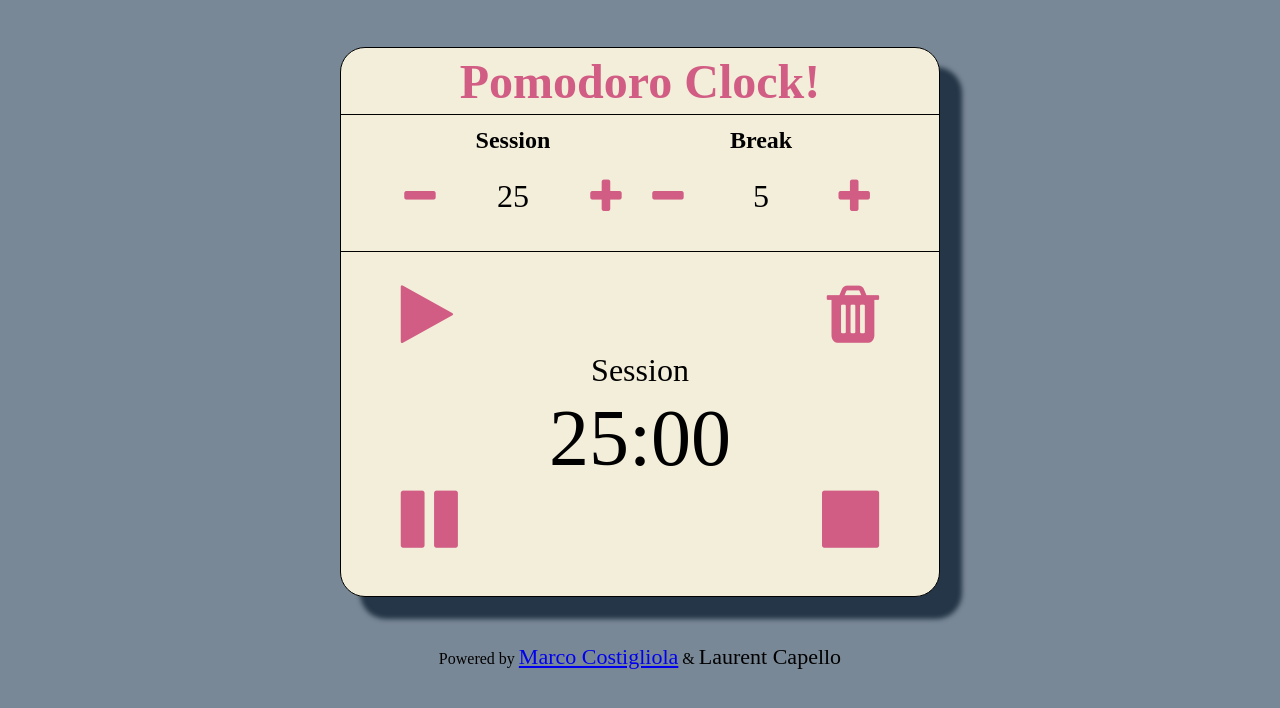
Repository: mcostigliola/pomodoroTimer
Page: index.html
These files come from the project's save history. The page is drawn as it stood at one moment and after the next save; the edit follows.
The browser window is 1280 px wide. The pictures show the whole page.

Above is the page before, as saved 2020-06-11 19:48:28.

After the next save:
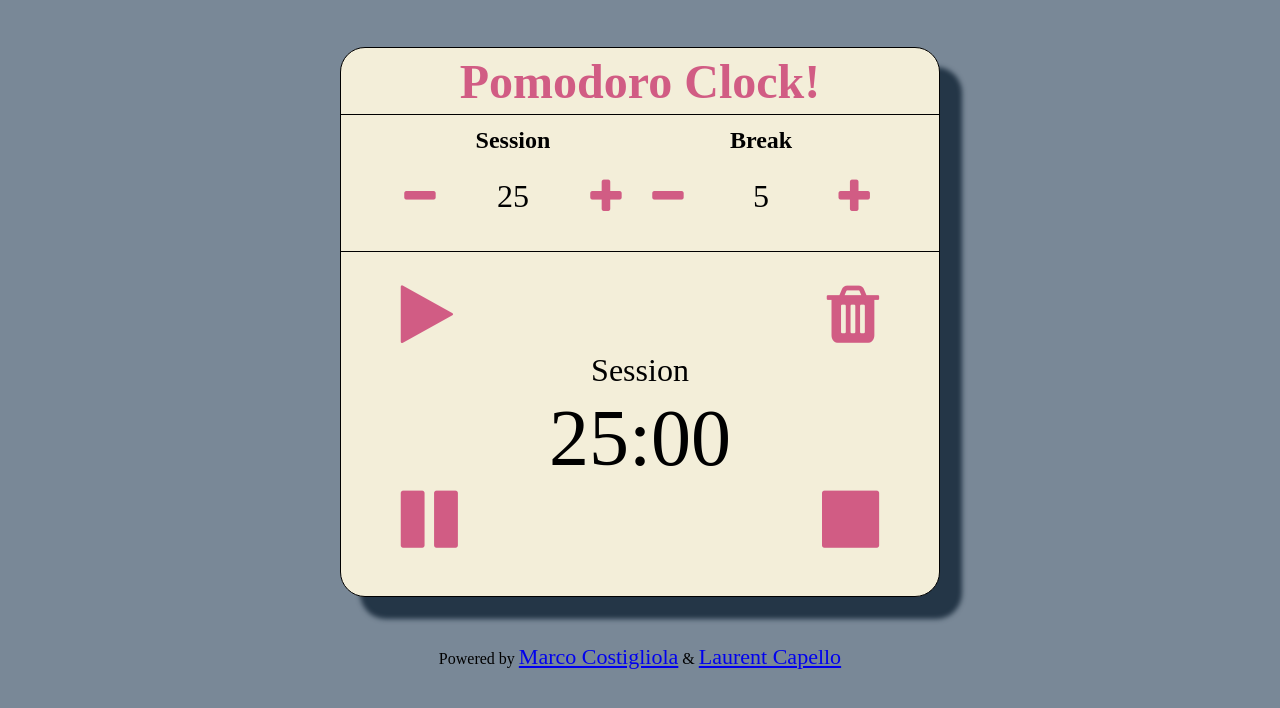
Saved 24 s later.
--- a/index.html
+++ b/index.html
@@ -56,7 +56,7 @@
     </div>
   </div>
   <footer>
-    Powered by <a href="https://github.com/mcostigliola" target="_blank" class="signature">Marco Costigliola</a> & <a class="signature">Laurent Capello</a>
+    Powered by <a href="https://github.com/mcostigliola" target="_blank" class="signature">Marco Costigliola</a> & <a href="https://github.com/sokafootball" target="_blank" class="signature">Laurent Capello</a>
   </footer>
   <script src='main.js'></script>
 </body>
